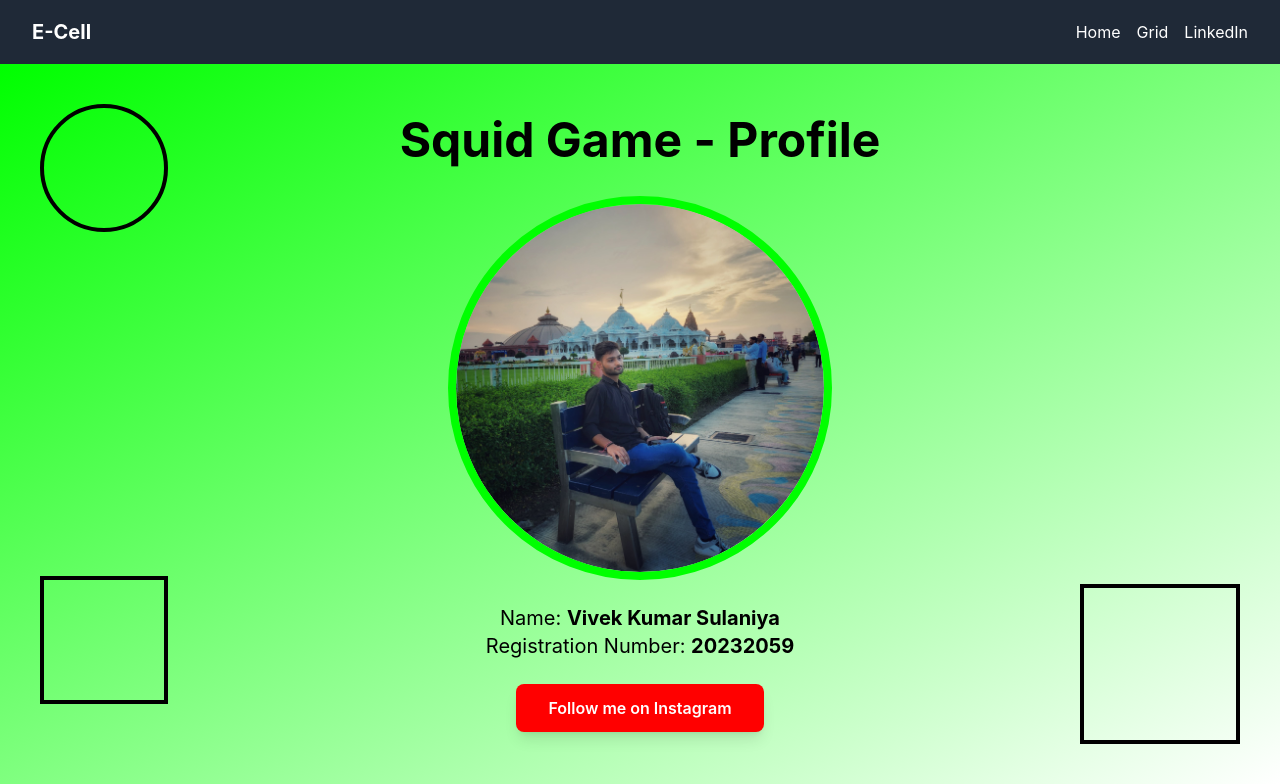
Repository: Vivek300705/Dashboard
Page: /second-page
The author's editor kept a copy of each file at every save. The page is drawn from the files as they stood at one save, then again after the next save.
The browser window is 1280 px wide. The pictures show the whole page.
The project was rebuilt for these pictures with package versions that can differ from the ones it lists, and the page was loaded fresh each time. Also part of the build but not shown: src/components/Home.js.

Above is the page before, as saved 2025-01-22 23:13:09.

After the next save:
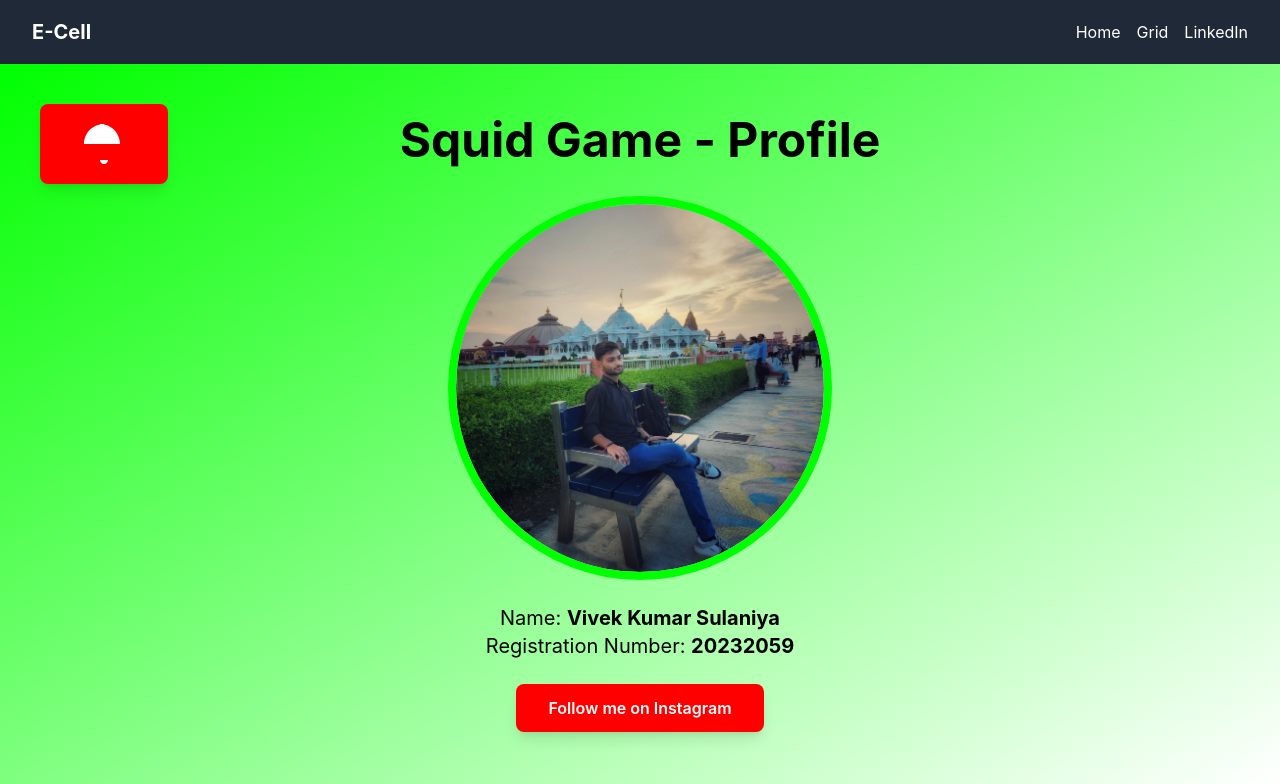
Saved 79 s later.
--- a/src/components/Profile.js
+++ b/src/components/Profile.js
@@ -40,15 +40,18 @@
         Follow me on Instagram
       </button>
 
-      {/* Squid Game Shapes */}
+      {/* Umbrella Icon in Rectangle */}
       <div className="absolute top-10 left-10 hidden sm:block">
-        <div className="w-32 h-32 bg-transparent border-4 border-black rounded-full animate-pulse transition-transform duration-300 transform hover:scale-110"></div>
-      </div>
-      <div className="absolute bottom-10 right-10 hidden sm:block">
-        <div className="w-40 h-40 bg-transparent border-4 border-black border-solid transition-transform duration-300 transform hover:scale-110"></div>
-      </div>
-      <div className="absolute bottom-20 left-10 hidden sm:block">
-        <div className="w-32 h-32 bg-transparent border-4 border-black transition-transform duration-300 transform hover:scale-110"></div>
+        <div className="w-32 h-20 flex items-center justify-center bg-[#FF0000] text-white rounded-lg shadow-lg transition-transform duration-300 transform hover:scale-110">
+          <svg
+            xmlns="http://www.w3.org/2000/svg"
+            fill="currentColor"
+            viewBox="0 0 24 24"
+            className="w-12 h-12"
+          >
+            <path d="M12 2C6.48 2 2 6.48 2 12h10V2zm0 20c1.1 0 2-.9 2-2h-4c0 1.1.9 2 2 2zm8-10c0-5.52-4.48-10-10-10v10h10z" />
+          </svg>
+        </div>
       </div>
     </div>
   );

After the save that followed:
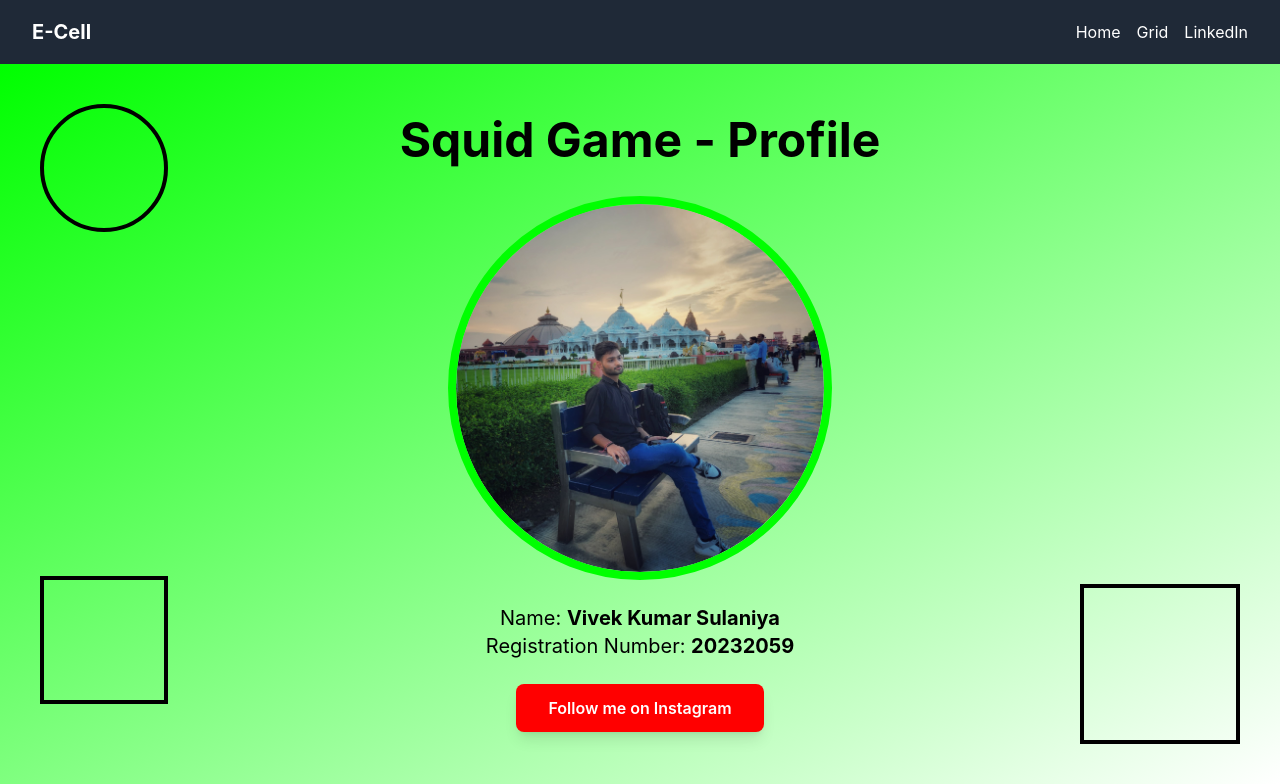
Saved 9 s later.
--- a/src/components/Profile.js
+++ b/src/components/Profile.js
@@ -40,18 +40,15 @@
         Follow me on Instagram
       </button>
 
-      {/* Umbrella Icon in Rectangle */}
+      {/* Squid Game Shapes */}
       <div className="absolute top-10 left-10 hidden sm:block">
-        <div className="w-32 h-20 flex items-center justify-center bg-[#FF0000] text-white rounded-lg shadow-lg transition-transform duration-300 transform hover:scale-110">
-          <svg
-            xmlns="http://www.w3.org/2000/svg"
-            fill="currentColor"
-            viewBox="0 0 24 24"
-            className="w-12 h-12"
-          >
-            <path d="M12 2C6.48 2 2 6.48 2 12h10V2zm0 20c1.1 0 2-.9 2-2h-4c0 1.1.9 2 2 2zm8-10c0-5.52-4.48-10-10-10v10h10z" />
-          </svg>
-        </div>
+        <div className="w-32 h-32 bg-transparent border-4 border-black rounded-full animate-pulse transition-transform duration-300 transform hover:scale-110"></div>
+      </div>
+      <div className="absolute bottom-10 right-10 hidden sm:block">
+        <div className="w-40 h-40 bg-transparent border-4 border-black border-solid transition-transform duration-300 transform hover:scale-110"></div>
+      </div>
+      <div className="absolute bottom-20 left-10 hidden sm:block">
+        <div className="w-32 h-32 bg-transparent border-4 border-black transition-transform duration-300 transform hover:scale-110"></div>
       </div>
     </div>
   );
